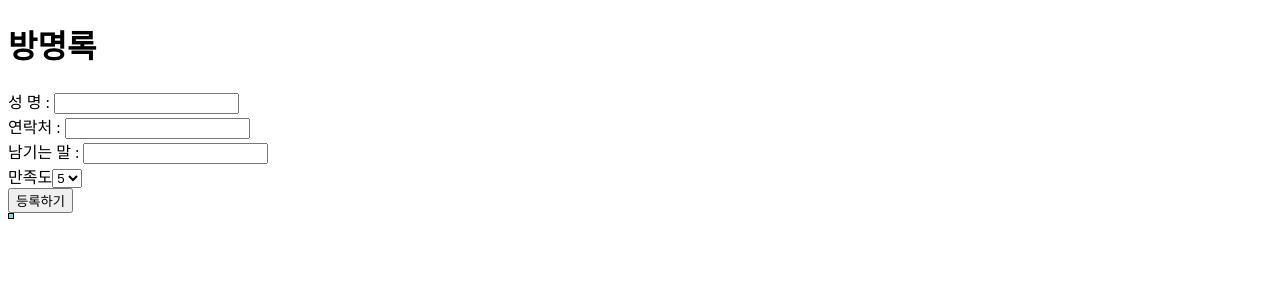
Repository: HyeongChank/P2VisitorCount
Page: http://localhost/P2VisitorCounter/Counter/Login.jsp
An editor plug-in stored every save of this project. The page is shown before and after the next save, followed by the edit.
The browser window is 1280 px wide. The pictures show the whole page.
The page is served by Tomcat 9. Other server files are loaded and not shown. The template is opened directly, without the code that normally fills it, so the values that code supplies are empty.

Above is the page before, as saved 2023-04-03 00:47:14.
Console error: SyntaxError: Unexpected end of input

### P2VisitorCounter/src/main/webapp/Counter/Login.jsp
<%@ page language="java" contentType="text/html; charset=UTF-8"
    pageEncoding="UTF-8"%>
<!DOCTYPE html>
<html>
<head>
<meta charset="UTF-8">
<style>
	#tb{
		border : 1px solid black;
		background-color : skyblue;
	}
	tr{
		display : flex;
		justify-content : center;
		align-items : center;
		width : 80%;
	}
</style>
<title>Insert title here</title>
</head>
<script>
function validateForm(form){
	if(!form.name.value){
		alert("이름을 입력하세요.");
		return false;
	}
	if(!form.tel.value){
		alert("연락처를 입력하세요.");
		return false;
	}

</script>

<body>
 	<h1>방명록</h1>
 	<form name = "login" method = "get" action = "../Counterj/visitor.do" enctype = "multipart/form-data">
 		<table id ="tb">
 			<tr>성 명 : <input type = "text" name = "name"/></tr><br>
			<tr>연락처 : <input type = "tel" name = "tel"/></tr><br>
			<tr>남기는 말 : <input type = "text" name = "ment"/></tr><br>
			<tr><label for= "score">만족도</label>
				<select name = "score-m" id = "score">
					<option value = "5">5</option>
					<option value = "5">4</option>
					<option value = "5">3</option>
					<option value = "5">2</option>
					<option value = "5">1</option>
				</select></tr><br>
			<tr><button type = "submit">등록하기</button></tr>
		</table>
	</form>
	<h2>${num }</h2>


</body>
</html>

After the next save:
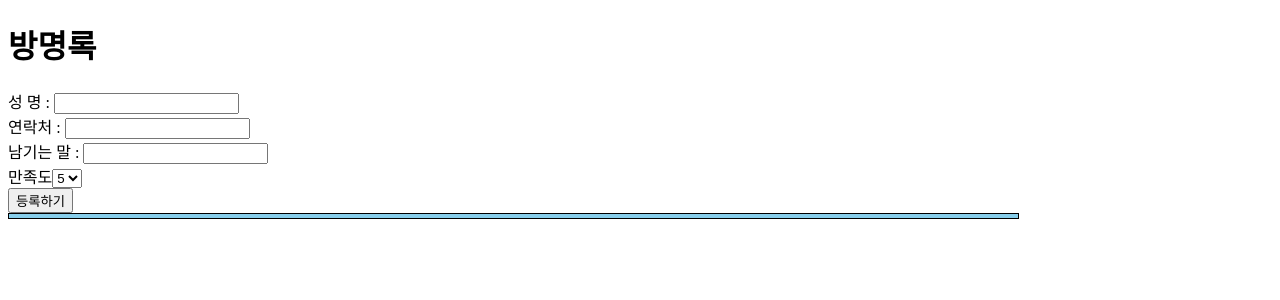
Saved 3 min 49 s later.
--- a/P2VisitorCounter/src/main/webapp/Counter/Login.jsp
+++ b/P2VisitorCounter/src/main/webapp/Counter/Login.jsp
@@ -5,7 +5,7 @@
 <head>
 <meta charset="UTF-8">
 <style>
-	#tb{
+	table{
 		border : 1px solid black;
 		background-color : skyblue;
 	}
@@ -34,7 +34,7 @@ function validateForm(form){
 <body>
  	<h1>방명록</h1>
  	<form name = "login" method = "get" action = "../Counterj/visitor.do" enctype = "multipart/form-data">
- 		<table id ="tb">
+ 		<table style = "width : 80%">
  			<tr>성 명 : <input type = "text" name = "name"/></tr><br>
 			<tr>연락처 : <input type = "tel" name = "tel"/></tr><br>
 			<tr>남기는 말 : <input type = "text" name = "ment"/></tr><br>
